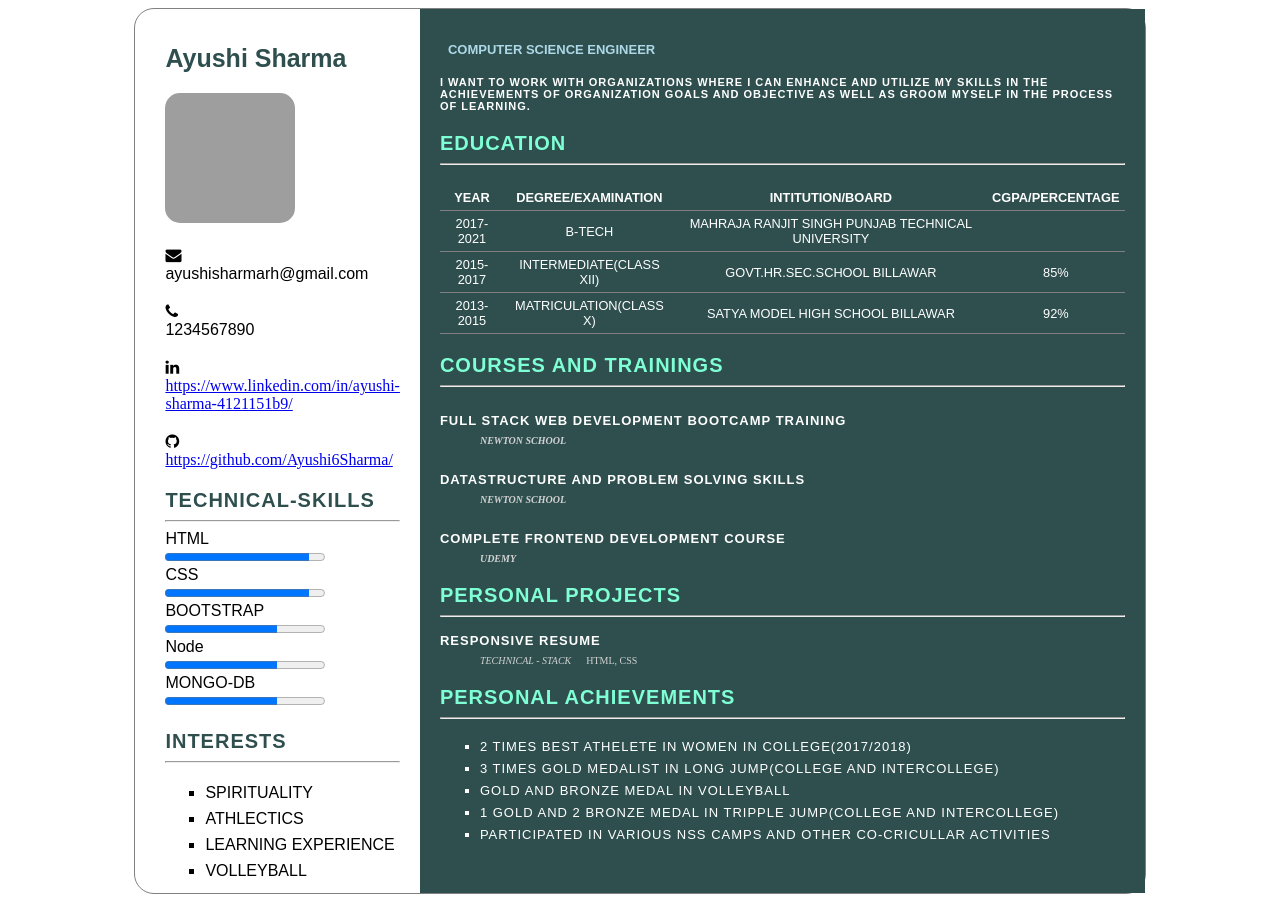
Repository: Ayushi6Sharma/Resume
Page: index.html
These files come from the project's save history. The page is drawn as it stood at one moment and after the next save; the edit follows.
The browser window is 1280 px wide. The pictures show the whole page.
Pictures or frames that could not be fetched are drawn as grey boxes.

Above is the page before, as saved 2022-05-05 00:32:41.

### index.html
<!DOCTYPE html>
<html lang="en">
    <head>
        <meta charset="utf-8">
        <meta http-equiv="X-UA-Compatible" content="IE=edge">
        <meta name="viewport" content="width=device-width, initial-scale=1">
        <meta name="description" content="Responsive resume for companies">
        <meta name="author" content="Ayushi Sharma">
        <div class="profile-linkedin"></div>
        <link rel="stylesheet" href="style.css">
        <!-- <link rel="stylesheet" href="https://cdn.jsdelivr.net/npm/@fortawesome/fontawesome-free@5.15.4/css/fontawesome.min.css" integrity="sha384-jLKHWM3JRmfMU0A5x5AkjWkw/EYfGUAGagvnfryNV3F9VqM98XiIH7VBGVoxVSc7" crossorigin="anonymous"> -->
        <!-- <link href="https://cdnjs.cloudflare.com/ajax/libs/font-awesome/5.13.0/css/all.min.css" rel="stylesheet"> -->
        <link rel="stylesheet" href="https://stackpath.bootstrapcdn.com/font-awesome/4.7.0/css/font-awesome.min.css" integrity="sha384-wvfXpqpZZVQGK6TAh5PVlGOfQNHSoD2xbE+QkPxCAFlNEevoEH3Sl0sibVcOQVnN" crossorigin="anonymous">
        <title>Resume</title>
    </head>
    <body>
        <main class="main-content" contenteditable="false">
            <section>
                <div class="left-main-content">
                    <!-- Profile data -->
                    <div class="profile-data">
                        <div class="name">Ayushi Sharma</div>
                        <div class="profile-image">
                           <img src="https://d3dyfaf3iutrxo.cloudfront.net/thumbnail/user/6c8447b7ed274991ae4f61d43667a32b.jpeg" class="img">
                        </div>
                        <div class="profile-email">
                            <div class="email-icon">
                                <i class="fa fa-envelope"></i>
                            </div>
                            <div class="email-address">
                                ayushisharmarh@gmail.com
                            </div>
                        </div>
                        <div class="profile-contact">
                            <div class="phone-icon">
                                <i class="fa fa-phone"></i>
                            </div>
                            <div class="phone-number">
                                1234567890
                            </div>
                        </div>
                        <div class="profile-linkedin">
                            <div class="linkedid-icon">
                                <i class="fa fa-linkedin"></i>
                            </div>
                            <div class="linkedin-account">
                                <a href="https://www.linkedin.com/in/ayushi-sharma-4121151b9/">https://www.linkedin.com/in/ayushi-sharma-4121151b9/</a>
                            </div>
                        </div>
                        <div class="profile-github">
                            <div class="github-icon">
                                <i class="fa fa-github"></i>
                            </div>
                            <div class="github account-account">
                               <a href="https://github.com/Ayushi6Sharma/">https://github.com/Ayushi6Sharma/</a>
                            </div>
                        </div>
                    </div>
                    <!-- Technical Skills -->
                    <div class="technical-skills">
                        <div class="title">
                            TECHNICAL-SKILLS
                        </div>
                        <hr>
                        <div class="skills">
                            <div class="skill-item">
                                HTML
                            </div>
                            <div class="skill-knowledge">
                                <progress value="90" max="100" class="bar"></progress>
                            </div>
                        </div>
                        <div class="skills">
                            <div class="skill-item">
                                CSS
                            </div>
                            <div class="skill-knowledge">
                                <progress value="90" max="100" class="bar"></progress>
                            </div>
                        </div>
                        <div class="skills">
                            <div class="skill-item">
                                BOOTSTRAP
                            </div>
                            <div class="skill-knowledge">
                                <progress value="70" max="100" class="bar"></progress>
                            </div>
                        </div>
                        <div class="skills">
                            <div class="skill-item">
                                Node
                            </div>
                            <div class="skill-knowledge">
                                <progress value="70" max="100" class="bar"></progress>
                            </div>
                        </div>
                        <div class="skills">
                            <div class="skill-item">
                                MONGO-DB
                            </div>
                            <div class="skill-knowledge">
                                <progress value="70" max="100" class="bar"></progress>
                            </div>
                        </div>
                    </div>
                    <!-- Interests -->
                    <div class="Interests">
                        <div class="title">
                            INTERESTS
                        </div>
                        <hr>
                        <ol class="interest-items">
                            <li>SPIRITUALITY</li>
                            <li>ATHLECTICS</li>
                            <li>LEARNING EXPERIENCE</li>
                            <li>VOLLEYBALL</li>
                        </ol>
                    </div>
                </div>
            </section>
            <!-- section 2 -->
            <section class="section2">
                <div class="right-main-content">
                    <div class="about">
                        <div class="stream">COMPUTER SCIENCE ENGINEER</div>
                        <p class="details"> I WANT TO WORK WITH ORGANIZATIONS WHERE I CAN ENHANCE AND UTILIZE MY SKILLS IN THE ACHIEVEMENTS OF
                            ORGANIZATION GOALS AND OBJECTIVE AS WELL AS GROOM MYSELF IN THE PROCESS OF LEARNING.
                        </p>
                    </div>
                     <div class="education">
                         <div class="title-right">
                             EDUCATION
                         </div>
                         <hr>
                         <div class="eduction-table">
                             <table>
                                 <thead>
                                     <tr>
                                         <th>YEAR</th>
                                         <th>DEGREE/EXAMINATION</th>
                                         <th>INTITUTION/BOARD</th>
                                         <th>CGPA/PERCENTAGE</th>
                                     </tr>
                                 </thead>
                                 <tr>
                                     <td>
                                         2017-2021
                                     </td>
                                     <td>
                                        B-TECH
                                     </td>
                                     <td>MAHRAJA RANJIT SINGH PUNJAB TECHNICAL UNIVERSITY</td>
                                     <td></td>
                                 </tr>
                                 <tr>
                                    <td>
                                        2015-2017
                                    </td>
                                    <td>
                                       INTERMEDIATE(CLASS XII)
                                    </td>
                                    <td>GOVT.HR.SEC.SCHOOL BILLAWAR</td>
                                    <td>
                                        85%
                                    </td>
                                </tr>
                                <tr>
                                    <td>
                                        2013-2015
                                    </td>
                                    <td>
                                       MATRICULATION(CLASS X)
                                    </td>
                                    <td>SATYA MODEL HIGH SCHOOL BILLAWAR</td>
                                    <td>
                                        92%
                                    </td>
                                </tr>
                             </table>
                         </div>
                     </div>
                     <div class="courses-and-trainings">
                         <div class="title-right">COURSES AND TRAININGS</div>
                         <hr>
                        <div class="training-1">
                            <dl>
                                <dt class="training-name">
                                    FULL STACK WEB DEVELOPMENT BOOTCAMP TRAINING
                                </dt>
                                <dd class="training-place">
                                    <i>NEWTON SCHOOL</i>
                                </dd>
                            </dl>
                        </div>
                        <div class="training-1">
                            <dl>
                                <dt class="training-name">
                                    DATASTRUCTURE AND PROBLEM SOLVING SKILLS
                                </dt>
                                <dd class="training-place">
                                    <i>NEWTON SCHOOL</i>
                                </dd>
                            </dl>
                        </div>
                        <div class="training-1">
                            <dl>
                                <dt class="training-name">
                                    COMPLETE FRONTEND DEVELOPMENT COURSE
                                </dt>
                                <dd class="training-place">
                                    <i>UDEMY</i>
                                </dd>
                            </dl>
                        </div>
                     </div>
                     <div class="personal-projects">
                        <div class="title-right">
                            PERSONAL PROJECTS
                        </div>
                        <hr>
                        <div class="project">
                            <dl>
                                <dt class="project-name">RESPONSIVE RESUME</dt>
                                <dd class="tech-stack">
                                    <i>TECHNICAL - STACK</i>
                                    <span>&emsp; HTML, CSS<span>
                                </dd>
                            </dl>
                        </div>
                     </div>
                     <div class="personal-achievements">
                        <div class="title-right">
                            PERSONAL ACHIEVEMENTS
                        </div>
                        <hr>
                        <ol class="achievements">
                            <li>2 TIMES BEST ATHELETE IN WOMEN IN COLLEGE<span class="ach-data">(2017/2018)<span></li>
                            <li>3 TIMES GOLD MEDALIST IN LONG JUMP<span class="ach-data">(COLLEGE AND INTERCOLLEGE)<span></li>
                            <li>GOLD AND BRONZE MEDAL IN VOLLEYBALL</li>
                            <li>1 GOLD AND 2 BRONZE MEDAL IN TRIPPLE JUMP<span class="ach-data">(COLLEGE AND INTERCOLLEGE)</span></li>
                            <li>PARTICIPATED IN VARIOUS NSS CAMPS AND OTHER CO-CRICULLAR ACTIVITIES</li>
                        </ol>
                     </div>

                </div>
            </section>
        </main>
    </body>
</html>

### style.css
*
{
    box-sizing: border-box;
}
.main-content
{
    display: grid;
    grid-template-columns:1fr 3fr;
    width:80%;
    margin: auto;
    border:1px solid grey;
    border-radius:20px;
}
.left-main-content
 {
     /* grid-column: span 1; */
    padding-left: 30px;
    padding-right: 20px;
}
.section2
{
    background-color:#2F4F4F;
}
.right-main-content
{
    padding-left:20px;
    padding-right: 20px;
}
.profile-data > div{
    margin-top: 20px;
}
/* profile data */
.name
{
    font-weight:bolder;
    font-size:25px;
    font-family: sans-serif;
    padding-top: 15px;
    color:#2F4F4F;
}
.img
{
    width:130px;
    height:130px;
    border-radius:15px;
}
.email-address{
    font-size: 16px;
    font-family: sans-serif;
}
.phone-number
{
    font-size: 16px;
    font-family: sans-serif;
}
.skill-item
{
    font-family: sans-serif;
}
.interest-items > li
{
    font-family: sans-serif;
    font-size: 16px;
    padding-top: 8px;
}
/* technical skills */
.title{
    margin-top: 20px;
    font-weight: bold;
    font-size: 20px;
    letter-spacing: 1px;
    font-family: sans-serif;
    color:#2F4F4F;
}
.title-right{
    margin-top: 20px;
    font-weight: bold;
    font-size: 20px;
    letter-spacing: 1px;
    font-family: sans-serif;
    color:aquamarine;
}
/* Interest */
.interest-items{
    list-style-type: square;
    font-size: 13px;
    font-family: sans-serif;
}
/* Right main content */
.stream
{
    color: lightblue;
    font-family: sans-serif;
    font-size: 13px;
    margin-top: 25px;
    padding: 8px;
    font-weight: bold;
}
.details
{
    font-size: 11px;
    font-family: sans-serif;
    font-weight: bold;
    letter-spacing: 1px;
    color:white;
}
/* EDUCTAION */
.eduction-table
{
    margin-top: 20px;
}
table,th,td
{
    border-bottom:1px solid grey;
    border-collapse: collapse;
    text-align: center;
    padding:5px;
    font-size: 1vw;
    font-family: sans-serif;
    color:white;
}
/* TRIANING AND COURSES */
.training-name
{
    font-weight: bold;
    font-size:13px;
    font-family: sans-serif;
    color:white;
    letter-spacing: 1px;
    padding-top: 10px;
}
.training-place
{
    font-weight: bold;
    font-size: 10px;
    color:lightgrey;
    padding-top: 7px;
}
/* PROJECTS */
.project-name
{
    letter-spacing: 1px;
    font-weight: bold;
    font-size:13px;
    font-family: sans-serif;
    color:white;
}
.tech-stack
{
    color:lightgrey;
    font-size: 10px;
    padding-top: 7px;
}
.stack-name li
{
    list-style-type: square;
}
/* ACHIEVEMENTS */
.achievements
{
    list-style-type: square;
    font-size: 13px;
    font-family:sans-serif;
    letter-spacing: 1px;
}
.achievements li
{
    padding-top: 7px;
    color:white;
    /* padding-bottom: 20px; */
}
/* media queries for responsive page */

@media only screen and (max-width:480px)
{   .main-content
    {
        grid-template-columns:repeat(1,1fr);
        width:100%;
    }
    .title
    {
        font-size: 15px;
    }
    th,td
    {
        font-size:10px;
        padding: 2px;
    }
    .training-name
    {
        font-size:10px;
    }
    .training-place
    {
        font-size: 8px;
    }
}
@media only screen and (min-width:481px) and (max-width:768px)
{
    .main-content
    {
        grid-template-columns:repeat(1,1fr);
        width:100%;
    }
    .title
    {
        font-size: 18px;
    }
    table,th,td
    {
        font-size: 10px;
    }
    .training-name
    {
        font-size:12px;
    }
    .training-place
    {
        font-size: 9px;
    }
}
@media only screen and (min-width:481px) and (max-width:768px)
{
    th,td
    {
        font-size: 10px;
        padding: 5px;
    }
}

After the next save:
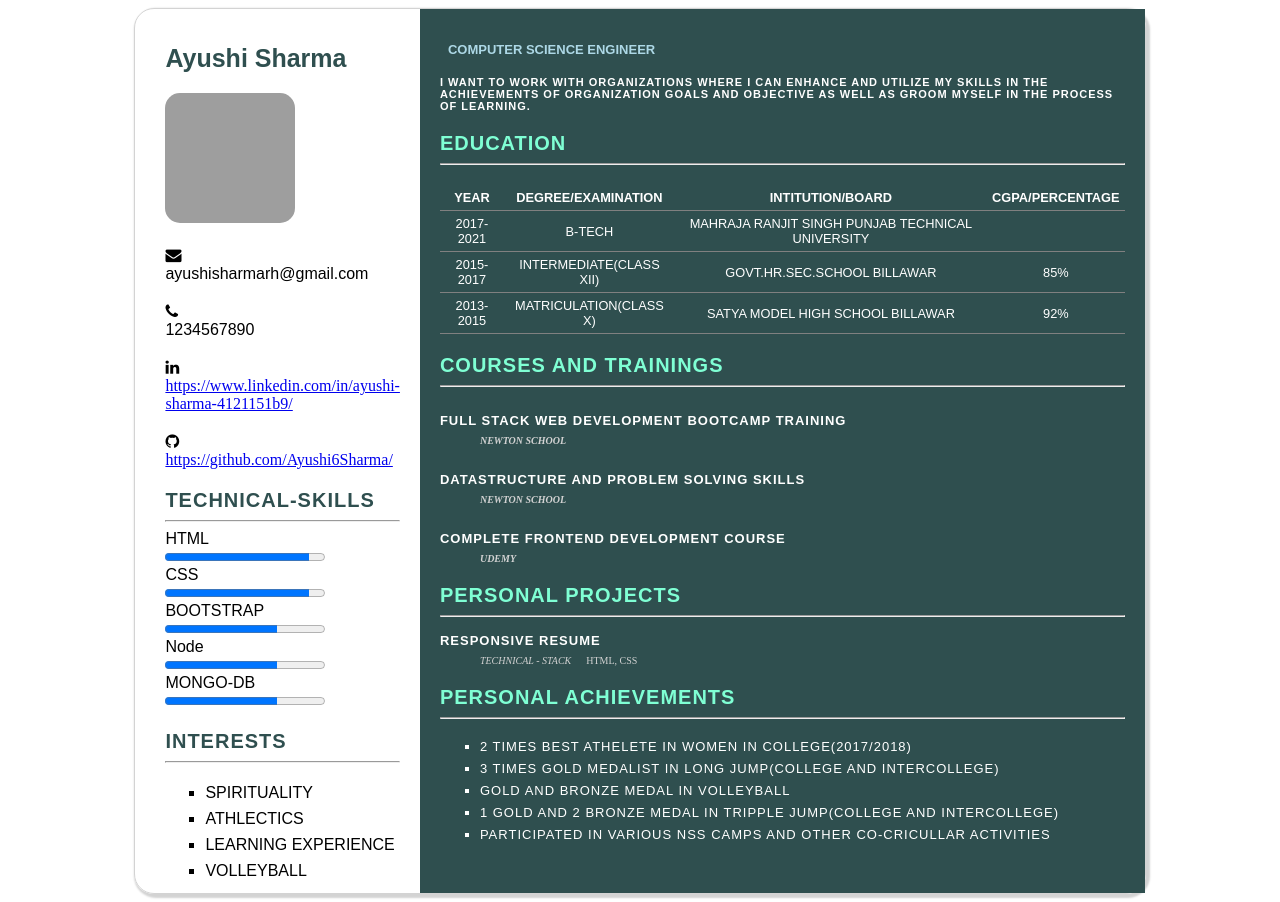
Saved 37 s later.
--- a/style.css
+++ b/style.css
@@ -8,8 +8,9 @@
     grid-template-columns:1fr 3fr;
     width:80%;
     margin: auto;
-    border:1px solid grey;
+    border:1px solid lightgrey;
     border-radius:20px;
+    box-shadow:2px 2px 2px 2px lightgrey;
 }
 .left-main-content
  {
